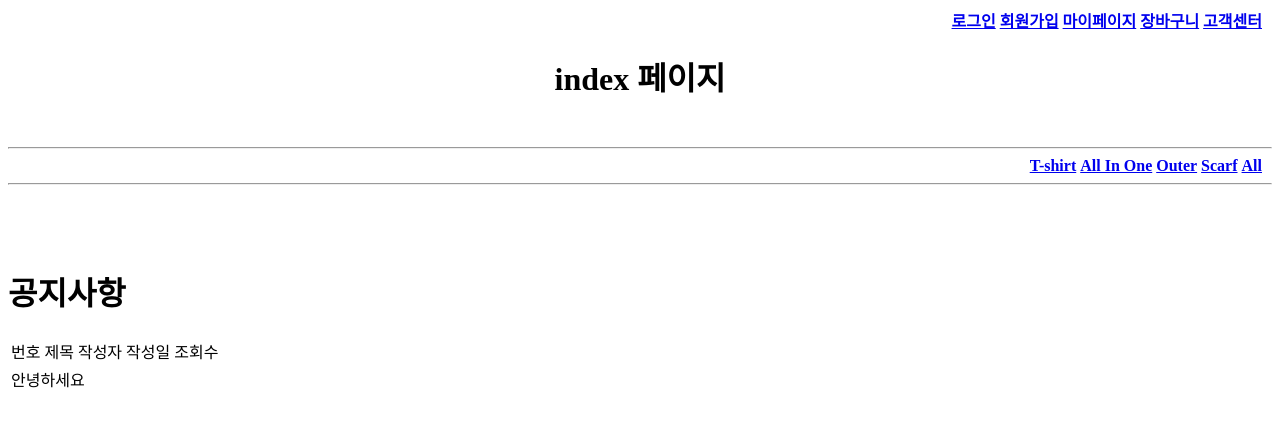
Repository: leeseungho1994/shopping
Page: http://localhost/shopping/WEB-INF/views/center/notice.jsp
The author's editor kept a copy of each file at every save. The page is drawn from the files as they stood at one save, then again after the next save.
The browser window is 1280 px wide. The pictures show the whole page.
The page is served by Tomcat 9. Nobody is signed in. The template is opened directly, without the code that normally fills it, so the values that code supplies are empty.

Above is the page before, as saved 2020-12-10 14:23:46.

After the next save:
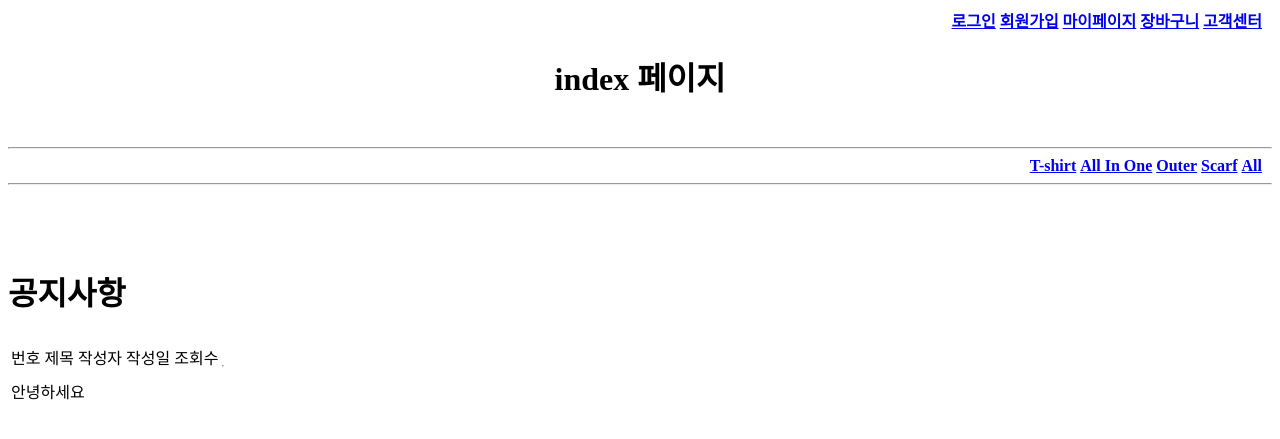
Saved 72 s later.
--- a/shopping/src/main/webapp/WEB-INF/views/center/notice.jsp
+++ b/shopping/src/main/webapp/WEB-INF/views/center/notice.jsp
@@ -13,6 +13,9 @@
 <table>
 	<tr>
 		<td>번호</td><td>제목</td><td>작성자</td><td>작성일</td><td>조회수</td>
+		<td>
+		<br><hr>
+		</td>
 	</tr>
 	<tr>
 		<td colspan="5">안녕하세요</td>
